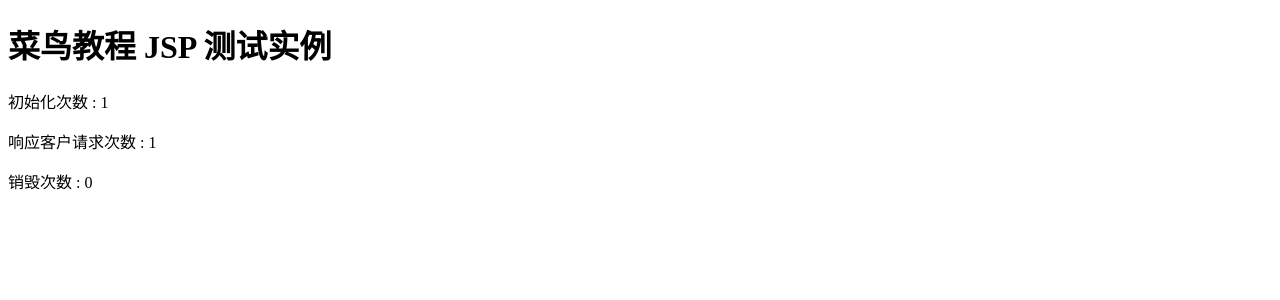
Repository: hwthwt/java
Page: http://localhost/AirPlay/NewFile.jsp
The author's editor kept a copy of each file at every save. The page is drawn from the files as they stood at one save, then again after the next save.
The browser window is 1280 px wide. The pictures show the whole page.
The page is served by Tomcat 9. Other server files are loaded and not shown.

Above is the page before, as saved 2017-08-23 13:43:52.

### AirPlay/WebContent/NewFile.jsp
<%@ page language="java" contentType="text/html; charset=UTF-8"
    pageEncoding="UTF-8"%>
<!DOCTYPE html PUBLIC "-//W3C//DTD HTML 4.01 Transitional//EN" "http://www.w3.org/TR/html4/loose.dtd">
<html>
<head>
<meta http-equiv="Content-Type" content="text/html; charset=UTF-8">
<title>Insert title here</title>
</head>

<body>
<%!
  private int initVar=0;
  private int serviceVar=0;
  private int destroyVar=0;
%>
<%!
  public void jspInit(){
    initVar++;
    System.out.println("jspInit(): JSP被初始化了"+initVar+"次");
  }
  public void jspDestroy(){
    destroyVar++;
    System.out.println("jspDestroy(): JSP被销毁了"+destroyVar+"次");
  }
%>

<%
  serviceVar++;
  System.out.println("_jspService(): JSP共响应了"+serviceVar+"次请求");

  String content1="初始化次数 : "+initVar;
  String content2="响应客户请求次数 : "+serviceVar;
  String content3="销毁次数 : "+destroyVar;
%>
<h1>菜鸟教程 JSP 测试实例</h1>
<p><%=content1 %></p>
<p><%=content2 %></p>
<p><%=content3 %></p>







</body>
</html>

After the next save:
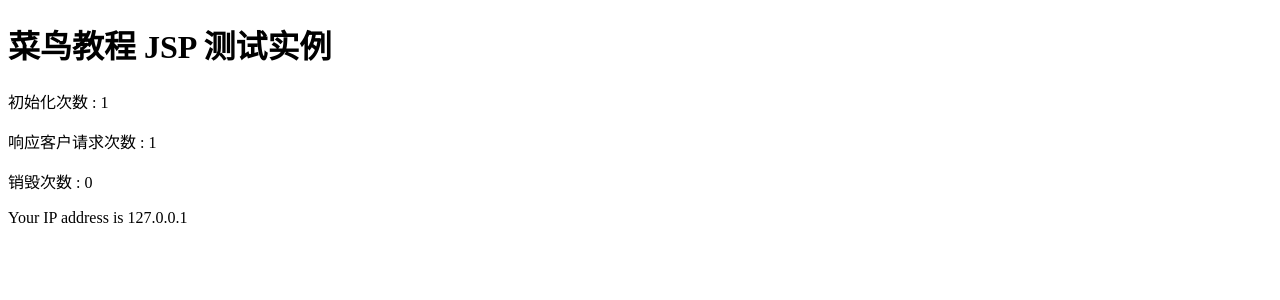
Saved 2 min 12 s later.
--- a/AirPlay/WebContent/NewFile.jsp
+++ b/AirPlay/WebContent/NewFile.jsp
@@ -37,7 +37,9 @@
 <p><%=content2 %></p>
 <p><%=content3 %></p>
 
-
+<%
+out.println("Your IP address is " + request.getRemoteAddr());
+%>
 
 
 
